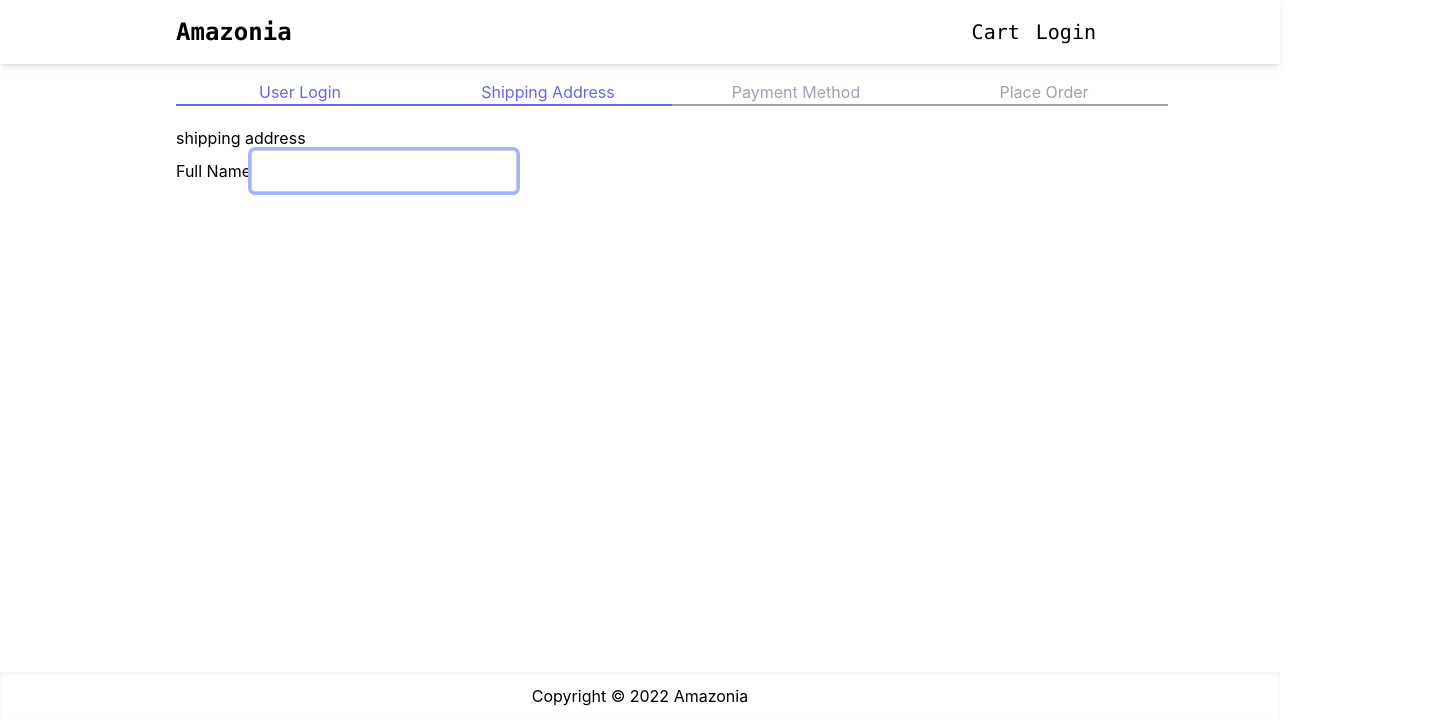
Repository: chidieb11/shop
Page: /shipping
These files come from the project's save history. The page is drawn as it stood at one moment and after the next save; the edit follows.
The browser window is 1280 px wide. The page is 1440 px wide, so the pictures cover 1440 px, including what lies to the right of the window. The pictures show the whole page.
The page's requests for data from a server got no answer. The project was rebuilt for these pictures with package versions that can differ from the ones it lists, and the page was loaded fresh each time. The framework's server and built-in components were replaced by stand-ins that run in the browser. No one was signed in, and anything a server would have sent is missing. Also part of the build but not shown: next.config.js, components/DropdownLink.js.

Above is the page before, as saved 2022-06-28 22:05:20.

After the next save:
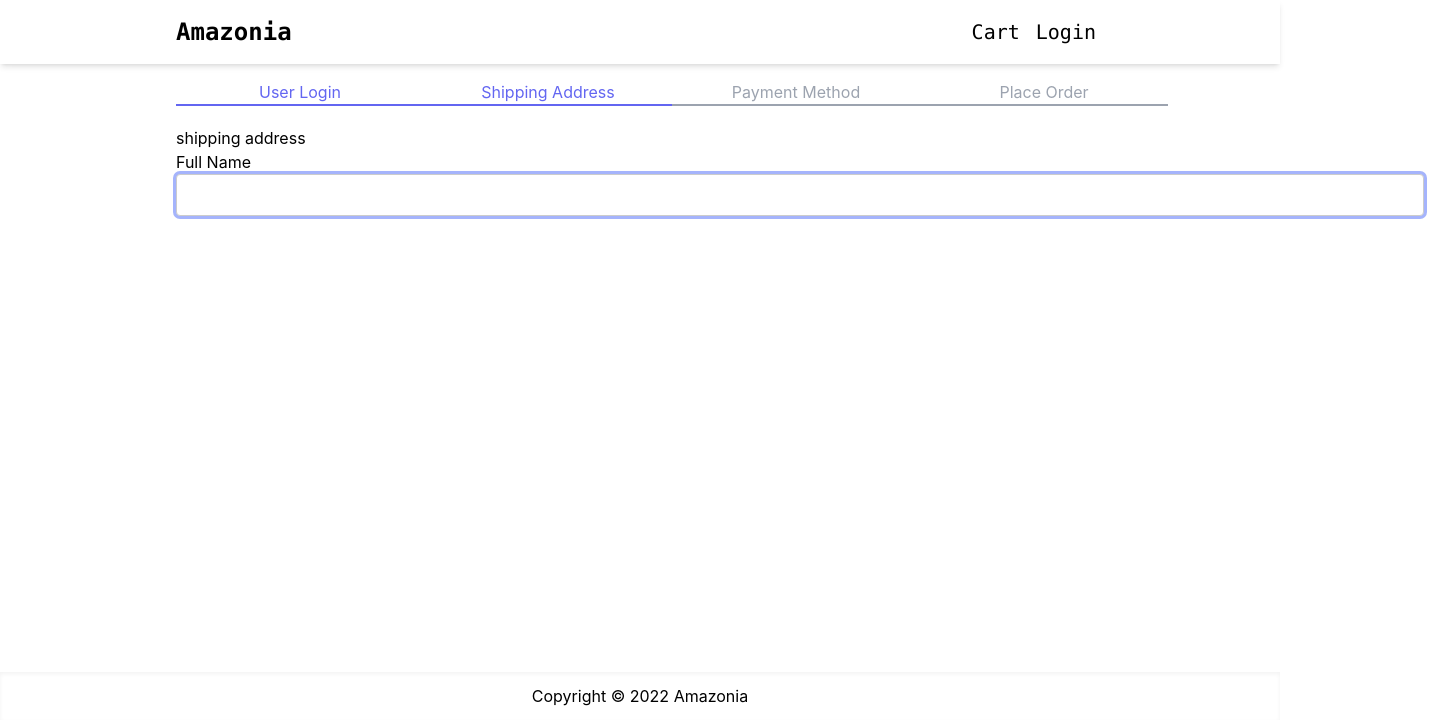
Saved 33 s later.
--- a/pages/shipping.js
+++ b/pages/shipping.js
@@ -17,7 +17,7 @@ const ShippingScreen = () => {
 
       <form className="">
         <h1>shipping address</h1>
-        <div className="mb-4">
+        <div className="mb-4 flex flex-col">
           <label htmlFor="fullName">Full Name</label>
           <input
             type="text"
